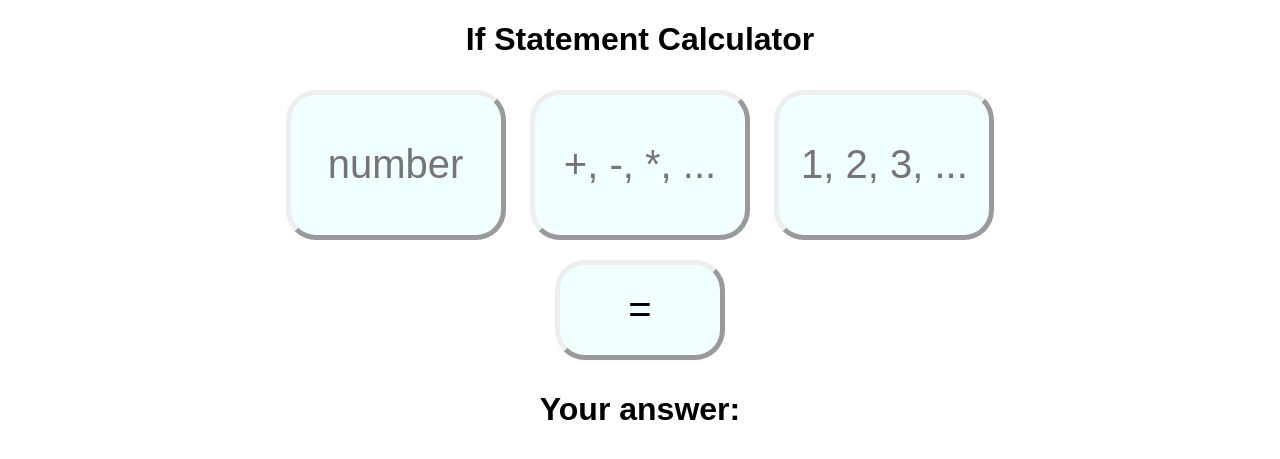
Repository: WesleyErasmus/threeInputCalculator
Page: html/if-calculator.html
The author's editor kept a copy of each file at every save. The page is drawn from the files as they stood at one save, then again after the next save.
The browser window is 1280 px wide. The pictures show the whole page.

Above is the page before, as saved 2022-04-27 22:31:18.

### html/if-calculator.html
<!DOCTYPE html>
<html lang="en">
<head>
    <meta charset="UTF-8">
    <meta http-equiv="X-UA-Compatible" content="IE=edge">
    <meta name="viewport" content="width=device-width, initial-scale=1.0">
    <title>JS If Calculator</title>
    <link rel="stylesheet" href="/css/stylesheet.css">
    <script src="/js/if-calculator.js"></script>
</head>
<body>

<center>
    <form onsubmit="return false;">
        <h1>If Statement Calculator</h1>
         <input id="input1" type="text" name = "input1" placeholder="number"> <!-- input-1 -->
         <input id="input3" type="text" name = "input3" placeholder="+, -, *, ..."> <!-- input-3 (operator) -->
         <input id="input2" type="text" name = "input2" placeholder="1, 2, 3, ..."> <!-- input-2 -->
        <div>
         <button onclick="sum()">=</button>
        </div>
         <h1>Your answer:</h1>
         <p id="output"></p>
    </form>
</center>
</body>
</html>

### css/stylesheet.css
body {
font-family: sans-serif;
}
form {
display: block;
margin: 0 auto;
}
input {
    background-color: azure;
    width: 170px;
    height: 100px;
    padding: 20px;
    margin: 10px;
    text-align: center;
    font-size: 40px;
    border-radius: 30px;
    border: 5px outset;
}
button {
    background-color: azure;
    width: 170px;
    height: 100px;
    padding: 0;
    margin: 10px;
    font-size: 40px;
    border-radius: 30px;
    border: 5px outset;
}
p {
    text-align: center;
    margin: 10px;
    padding: 20px;
    font-size: 75px;
    border-radius: 10px;
}

### js/if-calculator.js
function sum() {
const num1 = document.getElementById("input1").value;
const num2 = document.getElementById("input2").value;
const operator = document.getElementById("input3").value;
const output = document.getElementById("output").value;
  let answer;
  document.getElementById("output").value;
  if (operator == '+') {
    answer = +num1 + +num2;
    document.getElementById("output").innerHTML = answer;
  } else if (operator == '-') {
    answer = num1 - num2;
    document.getElementById("output").innerHTML = answer;
  } else if (operator == '*') {
    answer = num1 * num2;
    document.getElementById("output").innerHTML = answer;
  } else {
    answer = num1 / num2;
    document.getElementById("output").innerHTML = answer;
  }console.log(answer);
}

After the next save:
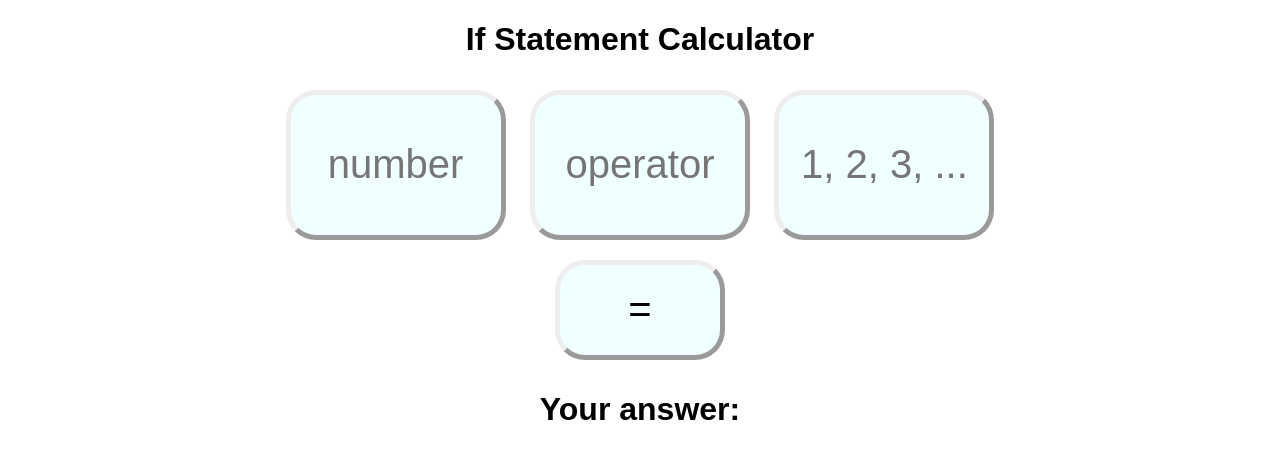
Saved 24 s later.
--- a/html/if-calculator.html
+++ b/html/if-calculator.html
@@ -14,7 +14,7 @@
     <form onsubmit="return false;">
         <h1>If Statement Calculator</h1>
          <input id="input1" type="text" name = "input1" placeholder="number"> <!-- input-1 -->
-         <input id="input3" type="text" name = "input3" placeholder="+, -, *, ..."> <!-- input-3 (operator) -->
+         <input id="input3" type="text" name = "input3" placeholder="operator"> <!-- input-3 (operator) -->
          <input id="input2" type="text" name = "input2" placeholder="1, 2, 3, ..."> <!-- input-2 -->
         <div>
          <button onclick="sum()">=</button>
